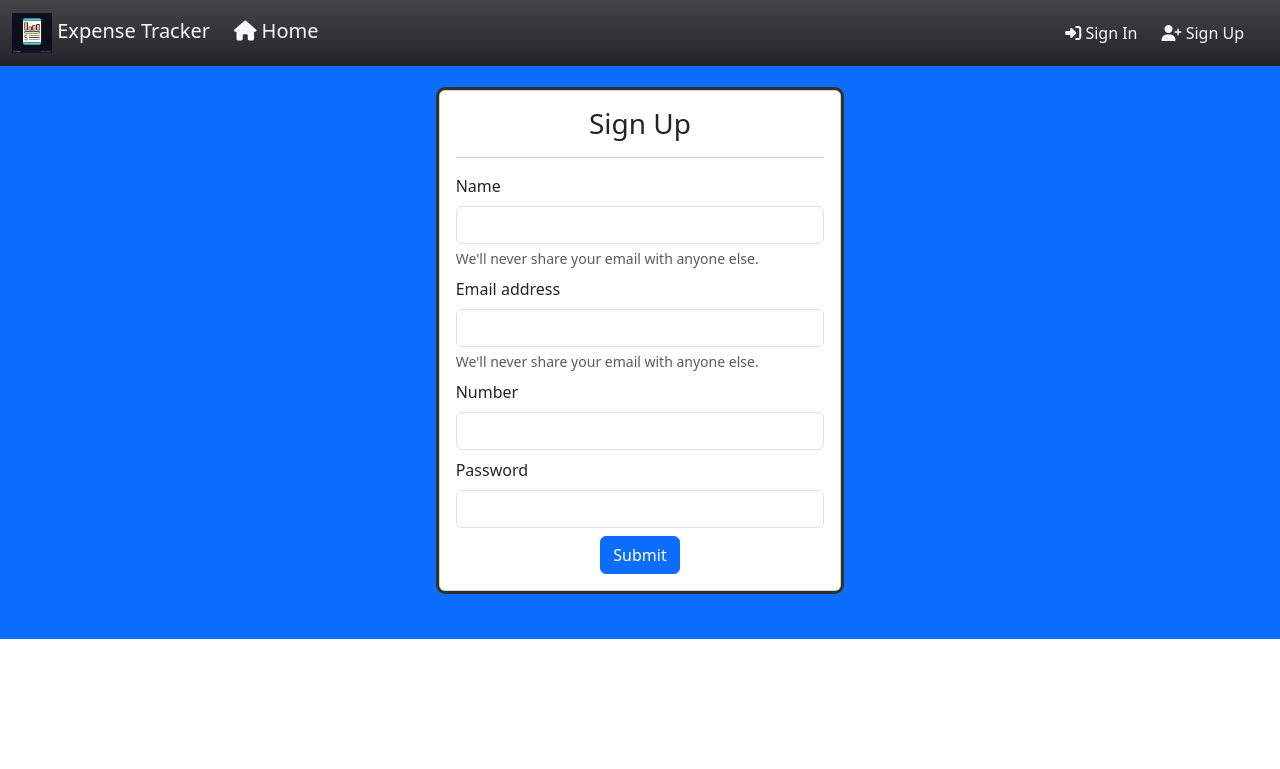
Repository: Gaurav560/OnlineExpenseTracker
Page: http://localhost/Online_Expense_Tracker/register.jsp
An editor plug-in stored every save of this project. The page is shown before and after the next save, followed by the edit.
The browser window is 1280 px wide. The pictures show the whole page.
The page is served by Tomcat 9.

Above is the page before, as saved 2023-05-04 15:15:43.

After the next save:
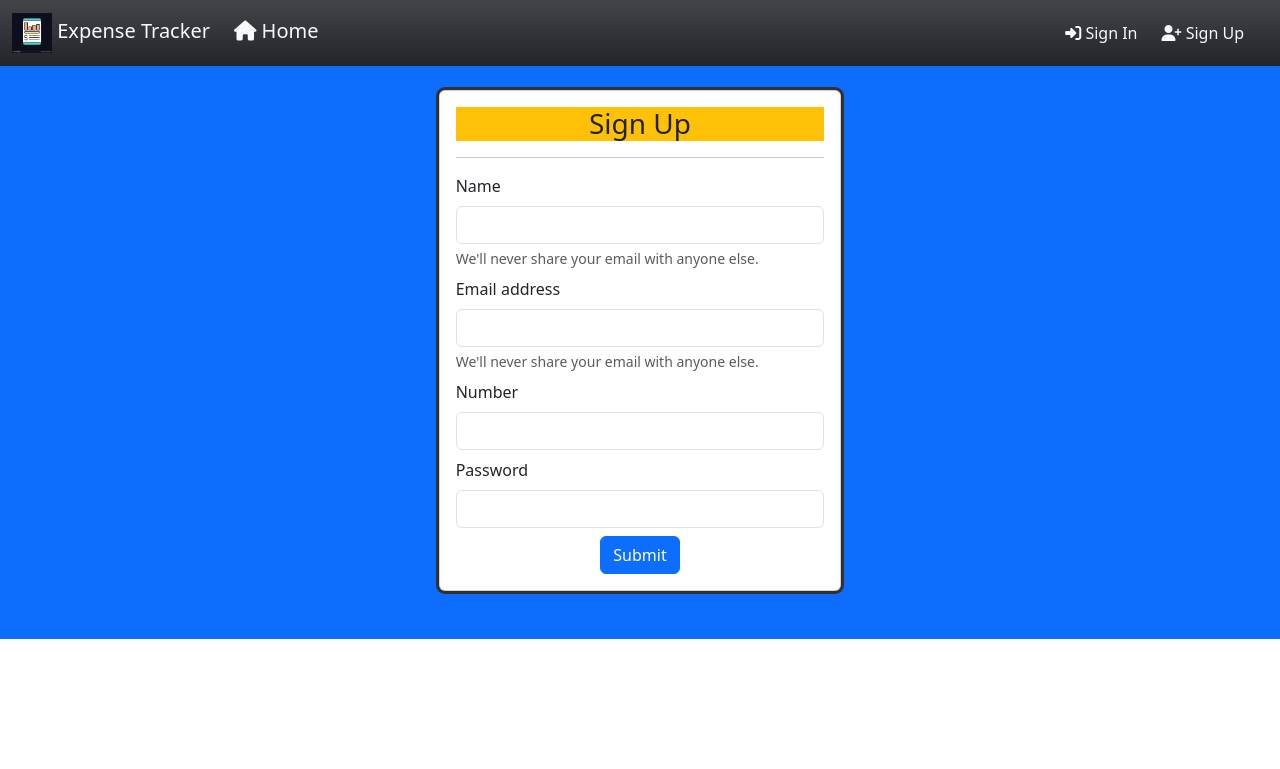
Saved 32 s later.
--- a/Online_Expense_Tracker/src/main/webapp/register.jsp
+++ b/Online_Expense_Tracker/src/main/webapp/register.jsp
@@ -21,7 +21,7 @@
 				<div class="card mt-4"
 					style="box-shadow: rgba(0, 0, 0, 0.16) 0px 1px 4px, rgb(51, 51, 51) 0px 0px 0px 3px;">
 					<div class="card-body">
-						<h3 class="card-title text-center">Sign Up</h3>
+						<h3 class="card-title text-center bg-warning">Sign Up</h3>
 <hr>
 						<form>
 
